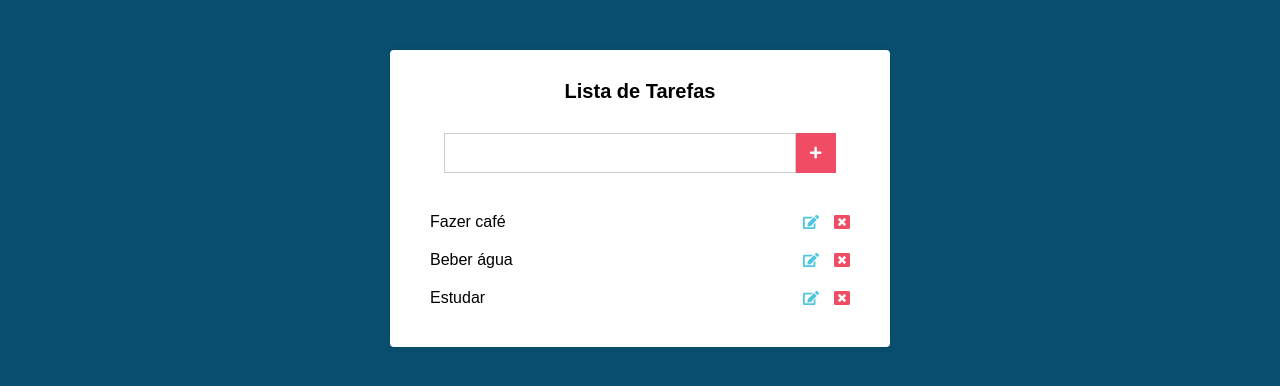
Repository: FellipeMiguel/lista-de-tarefas
Page: /
The author's editor kept a copy of each file at every save. The page is drawn from the files as they stood at one save, then again after the next save.
The browser window is 1280 px wide. The pictures show the whole page.
The project was rebuilt for these pictures with package versions that can differ from the ones it lists, and the page was loaded fresh each time.

Above is the page before, as saved 2023-06-14 23:53:39.

### src/index.js
import React from "react"
import ReactDOM from "react-dom/client"

import App from "./App"

const root = ReactDOM.createRoot(document.getElementById("root"))
root.render(
  <React.StrictMode>
    <App />
  </React.StrictMode>,
)

### src/App.js
import Main from './components/Main'
import './App.css'

function App() {
  return <Main />
}

export default App

### src/components/Main.js
import React, { Component } from 'react'

// Form
import { FaPlus, FaEdit, FaWindowClose } from 'react-icons/fa'

// Tasks

import './Main.css'

export default class Main extends Component {
  state = {
    newTask: '',
    tasks: ['Fazer café', 'Beber água', 'Estudar'],
  }

  handleChange = (e) => {
    this.setState({ newTask: e.target.value })
  }

  render() {
    const { newTask, tasks } = this.state

    return (
      <div className="main">
        <h1>Lista de Tarefas</h1>

        <form action="#" className="form">
          <input value={newTask} onChange={this.handleChange} type="text" />
          <button type="submit">
            <FaPlus />
          </button>
        </form>

        <ul className="tasks">
          {tasks.map((task) => (
            <li key={task}>
              {task}
              <span>
                <FaEdit className="edit" />
                <FaWindowClose className="delete" />
              </span>
            </li>
          ))}
        </ul>
      </div>
    )
  }
}

### src/components/Main.css
.main {
  background: #fff;
  padding: 30px;
  margin: 50px auto;
  max-width: 500px;
  border-radius: 4px;
  box-shadow: 0 0 10px rgba(0, 0, 0, 0.1);
}

.main h1 {
  font-size: 20px;
  text-align: center;
}

.form {
  margin-top: 30px;
  display: flex;
  align-items: center;
  justify-content: center;
}

.form input[type="text"] {
  height: 40px;
  padding: 0 20px;
  font-size: 20px;
  border: 1px solid #ccc;
  min-width: 80%;
}

.form button[type="submit"] {
  border: none;
  height: 40px;
  width: 40px;
  background: #f04c64;
  color: #fff;
  display: flex;
  align-items: center;
  justify-content: center;
}

.tasks {
  margin-top: 30px;
}

.tasks li {
  display: flex;
  align-items: center;
  justify-content: space-between;
  padding: 10px;
  transition: all 600ms ease-in-out;
}

.tasks li:hover {
  background: #51c5de;
}

.tasks li span {
  display: flex;
  align-items: center;
}

.tasks li .edit {
  margin-right: 15px;
  color: #51c5de;
}

.tasks li .delete {
  color: #f04c64;
}

.tasks li:hover .edit, .tasks li:hover .delete {
  color: #000;
}

.tasks li .edit, .tasks li .delete {
  cursor: pointer;
  transition: all 600ms ease-in-out;
}

Loaded but not shown: public/index.html (common file); src/App.css (common file)

After the next save:
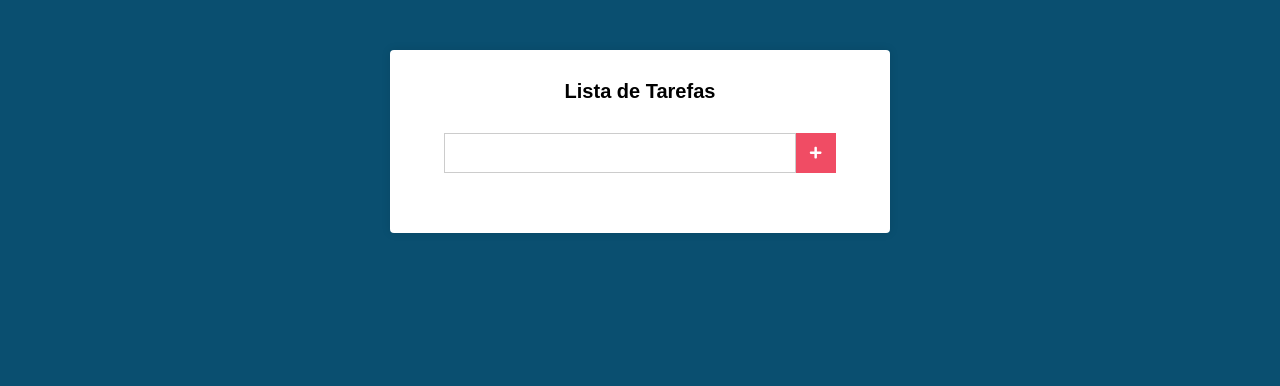
Saved 29 s later.
--- a/src/components/Main.js
+++ b/src/components/Main.js
@@ -10,7 +10,7 @@ import './Main.css'
 export default class Main extends Component {
   state = {
     newTask: '',
-    tasks: ['Fazer café', 'Beber água', 'Estudar'],
+    tasks: [],
   }
 
   handleChange = (e) => {
